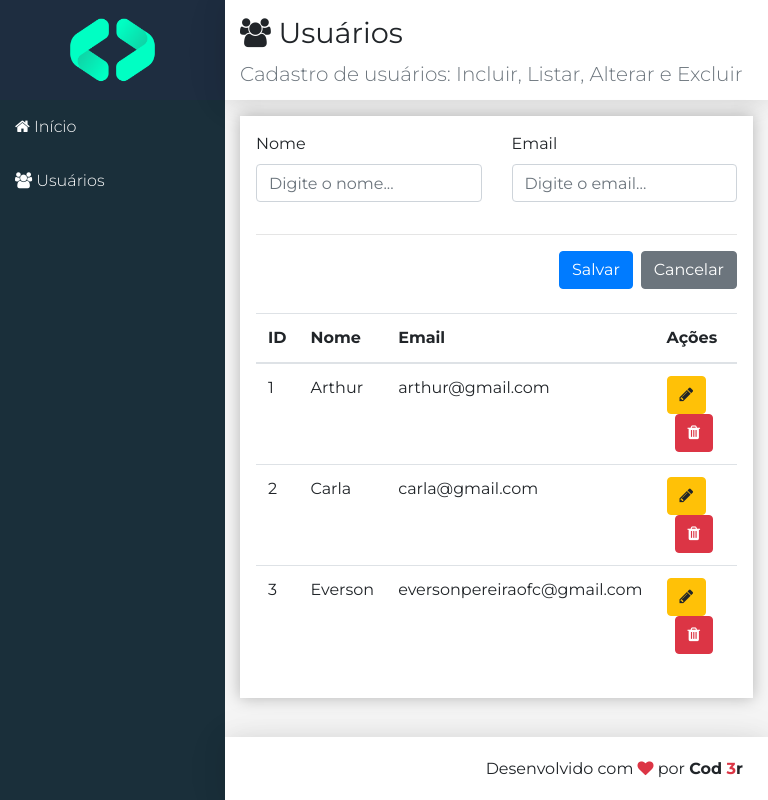
Repository: eversonps/projeto-cadastro-usuarios-firebase
Page: /users (app in frontend/)
These files come from the project's save history. The page is drawn as it stood at one moment and after the next save; the edit follows.
The browser window is 768 px wide. The pictures show the whole page.
The project was rebuilt for these pictures with package versions that can differ from the ones it lists, and the page was loaded fresh each time. Requests to the local data server were answered from the project's data file. Also part of the build but not shown: frontend/src/components/home/home.jsx.

Above is the page before, as saved 2022-03-22 15:26:41.

After the next save:
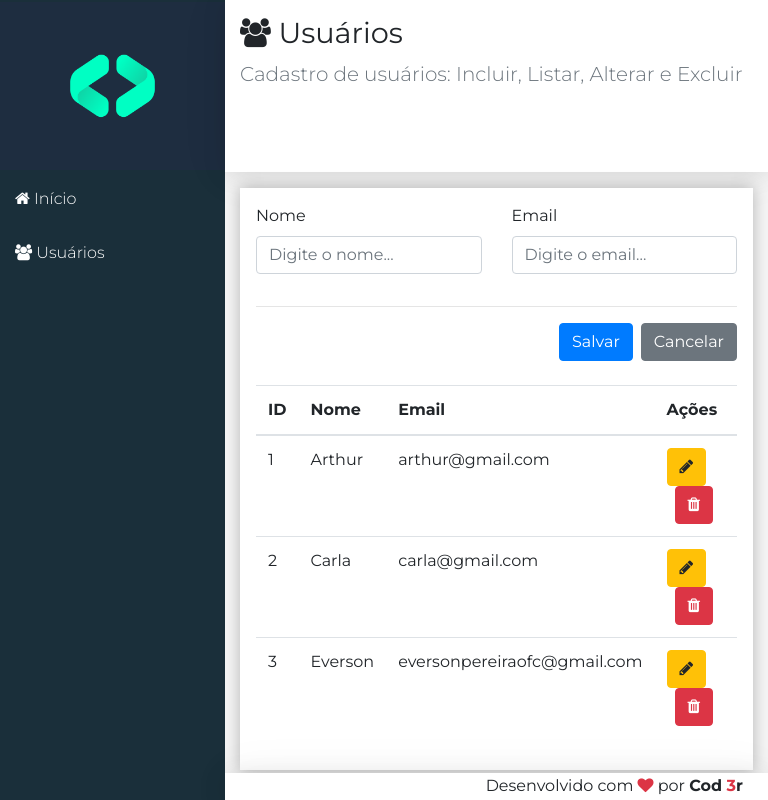
Saved 17 s later.
--- a/frontend/src/main/app.css
+++ b/frontend/src/main/app.css
@@ -48,6 +48,6 @@ footer.footer{
 
 @media(max-width: 768px){
     .app{
-        grid-template-rows: var(--header-height);
+        grid-template-rows: var(--header-height) var(--menu-top-right);
     }
 }
